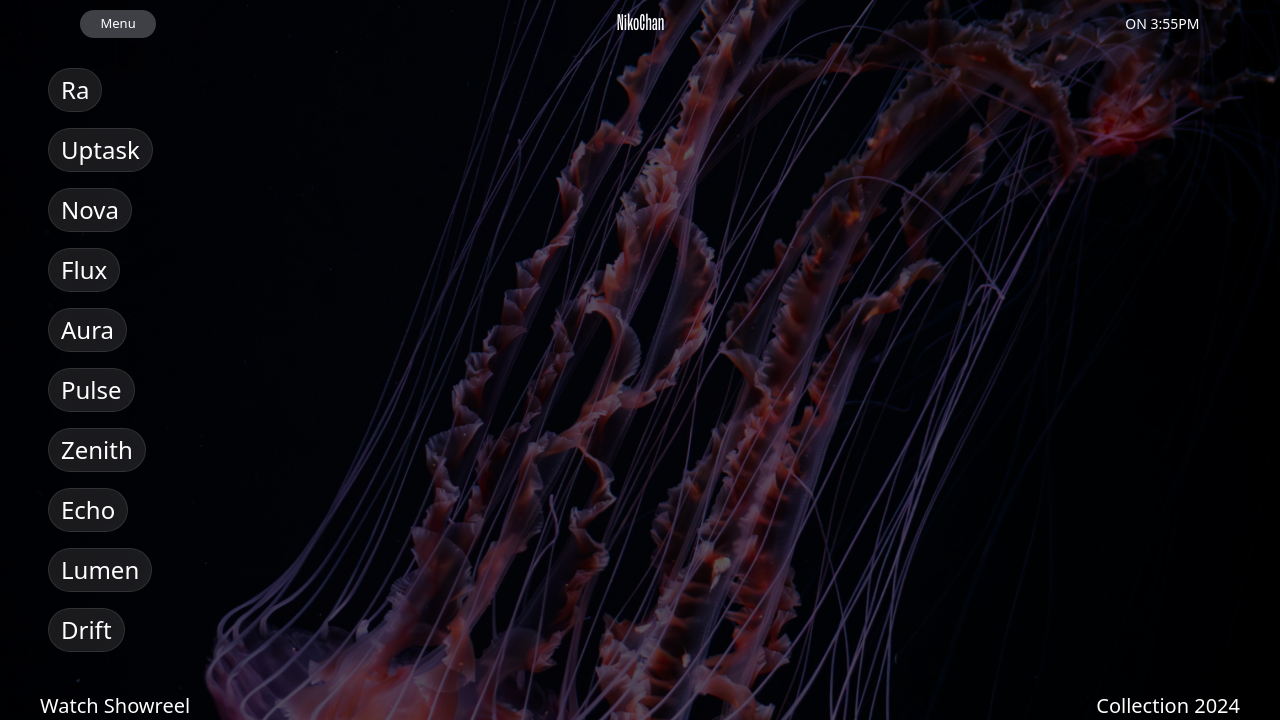
Repository: nikhilsinghrathore1/Niks_indian_local
Page: /
An editor plug-in stored every save of this project. The page is shown before and after a run of saves, followed by the edit.
The browser window is 1280 px wide. The pictures show the whole page.
The project was rebuilt for these pictures with package versions that can differ from the ones it lists, and the page was loaded fresh each time. Also part of the build but not shown: vite.config.ts.

Above is the page before, as saved 2024-08-27 10:54:33.

### src/App.tsx
import { useState } from 'react'
import reactLogo from './assets/react.svg'
import viteLogo from '/vite.svg'
import './App.css'
import Landing from './Components/Landing'

function App() {
  const [count, setCount] = useState(0)

  return (
    <>

      <Landing/>
    </>
  )
}

export default App

### src/App.css
@font-face {
               font-family:font1 ;
               src: url("./assets/Fontspring-DEMO-rocgroteskcomp-regular.otf");
}

.f1{
               font-family: font1;
}

.item>p{
               padding: 6px 12px;

               font-weight: lighter;
               background-color: rgba(255, 255, 255, 0.1);
               border-radius: 40px;
               border: 1px solid rgba(255, 255, 255, 0.1);
               backdrop-filter: blur(20px);
               transition: 0.3s;
}

.item>p:hover{
               background: none;
               border: 1px solid rgba(255, 255, 255, 0.25);
}

.preview{
               position: fixed ;
               width: 100% ;
               height: 100% ;
               color: #fff;
               z-index: 1;
}

.preview-bg{
               position: absolute;
               width: 100%;
               pointer-events: none;
               height: 100%;
               opacity: 0.35;
}

.preview-title h1{
               font-weight:  lighter;
               font-size: 80px;
}

.preview p , .preview-description p{
               font-size: 14px;
               line-height: 120%;
}

.preview-varient-1 .preview-img{
               position: absolute;
               bottom: 0;
               right: 0;
               margin: 2em;
               width: 300px;
               height: 400px;
               clip-path: polygon(0% 100%, 100%, 100% , 100% 100% , 0% 100%);

}

.preview-varient-1 .preview-title{
               position: absolute;
               top: 35%;
               left: 25%;
}
.preview-varient-1 .preview-tags{
               position: absolute;
               top: 35%;
               left: 40%;
}

.preview-varient-1 .preview-description{
               width: 250px;
               position: absolute;
               top: 25%;
               right: 25%;
}
.preview-varient-3 .preview-img{
               position: absolute;
               bottom: 10%;
               left: 15%;
               margin: 2em;
               width: 300px;
               height: 400px;
               clip-path: polygon(0% 0%, 0%, 0% , 0% 100% , 0% 100%);

}

.preview-varient-3 .preview-title{
               position: absolute;
               bottom: 40%;
               right: 15%;
}
.preview-varient-3 .preview-tags{
               position: absolute;
               bottom: 20%;
               right: 30%;
}

.preview-varient-3 .preview-description{
               width: 250px;
               position: absolute;
               left: 20%;
               top: 15%;
}
.preview-varient-2 .preview-img{
               position: absolute;
               top: 10%;
               right: 5%;
               margin: 2em;
               width: 300px;
               height: 400px;
               clip-path: polygon(100% 0%, 100%, 0% , 100% 100% , 100% 100%);

}

.preview-varient-2 .preview-title{
               position: absolute;
               bottom: 30%;
               left: 50%;
}
.preview-varient-2 .preview-tags{
               position: absolute;
               top: 25%;
               left: 25%;
}

.preview-varient-3 .preview-description{
               width: 250px;
               position: absolute;
               right: 10%;
               bottom: 15%;
}

### src/Components/Landing.tsx
// Landing.tsx
import { useEffect, useRef } from 'react';
import gsap from 'gsap';
import img1 from '../assets/img1.jpg';
import img2 from '../assets/img2.jpg';
import img3 from '../assets/img3.jpg';
import img4 from '../assets/img4.jpg';
import img5 from '../assets/img5.jpg';
import img6 from '../assets/img6.jpg';
import img7 from '../assets/img7.jpg';
import img8 from '../assets/img8.jpg';
import img9 from '../assets/img9.jpg';
import img10 from '../assets/img10.jpg';
import defaultBg from '../assets/default-bg.jpg';

interface TransformProps {
  x?: number;
  y?: number;
  opacity?: number;
}

type VariantTransform = {
  [key: string]: {
    [elementClass: string]: TransformProps;
  };
};

const mapClasses = [
  'variant-1',
  'variant-2',
  'variant-3',
  'variant-1',
  'variant-2',
  'variant-3',
  'variant-1',
  'variant-2',
  'variant-3',
  'variant-1',
];

const previews = [
  {
    img: img1,
    title: 'Ra',
    tags: 'Futuristic Fashion, Minimal Design',
    description:
      'Exploring the intersection of minimalism and future fashion trends in web design.',
    bg: img1,
  },
  {
    img: img2,
    title: 'Uptask',
    tags: 'Fashion Innovation, Graphic Simplicity',
    description:
      'Innovative fashion web design with a core focus on simplicity and elegance.',
    bg: img2,
  },
  {
    img: img3,
    title: 'Nova',
    tags: 'Space Inspired, Modern Aesthetics',
    description:
      'A modern take on space-inspired designs blending technology and art.',
    bg: img3,
  },
  {
    img: img4,
    title: 'Flux',
    tags: 'Dynamic Layouts, Vibrant Colors',
    description:
      'Dynamic and colorful layouts that capture attention and engage users.',
    bg: img4,
  },
  {
    img: img5,
    title: 'Aura',
    tags: 'Serene Designs, Pastel Themes',
    description:
      'Creating calm and soothing user experiences through pastel-themed designs.',
    bg: img5,
  },
  {
    img: img6,
    title: 'Pulse',
    tags: 'Energetic Vibes, Bold Typography',
    description:
      'Harnessing energy and movement with bold typography and striking visuals.',
    bg: img6,
  },
  {
    img: img7,
    title: 'Zenith',
    tags: 'Peak Performance, Sleek Interfaces',
    description:
      'Designs focused on peak performance and sleek, intuitive interfaces.',
    bg: img7,
  },
  {
    img: img8,
    title: 'Echo',
    tags: 'Repetitive Patterns, Minimalist Touch',
    description:
      'Utilizing repetitive patterns to create harmony and balance in design.',
    bg: img8,
  },
  {
    img: img9,
    title: 'Lumen',
    tags: 'Light Themes, Clarity Focused',
    description:
      'Emphasizing clarity and readability through light-themed designs.',
    bg: img9,
  },
  {
    img: img10,
    title: 'Drift',
    tags: 'Fluid Movements, Abstract Forms',
    description:
      'Incorporating fluid movements and abstract forms for a unique user experience.',
    bg: img10,
  },
];

const Landing: React.FC = () => {
  const containerRef = useRef<HTMLDivElement>(null);
  const previewBgRef = useRef<HTMLDivElement>(null);
  const itemsRef = useRef<Array<HTMLDivElement | null>>([]);

  useEffect(() => {
    const defaultClipPath: { [key: string]: string } = {
      'variant-1': 'polygon(0% 100%, 100% 100%, 100% 100%, 0% 100%)',
      'variant-2': 'polygon(100% 0%, 100% 0%, 100% 100%, 100% 100%)',
      'variant-3': 'polygon(0% 0%, 0% 0%, 0% 100%, 0% 100%)',
    };

    const variantTransform: VariantTransform = {
      'variant-1': {
        title: { x: 75, opacity: 0 },
        tags: { y: -75, opacity: 0 },
        description: { x: -75, opacity: 0 },
      },
      'variant-2': {
        title: { x: -75, opacity: 0 },
        tags: { y: -75, opacity: 0 },
        description: { y: 75, opacity: 0 },
      },
      'variant-3': {
        title: { x: 75, opacity: 0 },
        tags: { y: 75, opacity: 0 },
        description: { x: 75, opacity: 0 },
      },
    };

    const getDefaultClipPath = (previewElement: HTMLDivElement): string => {
      for (const variant in defaultClipPath) {
        if (previewElement.classList.contains(variant)) {
          return defaultClipPath[variant];
        }
      }
      return 'polygon(100% 0%, 0% 0%, 0% 100%, 100% 100%)';
    };

    const applyVariantStyle = (
      previewElement: HTMLDivElement,
      reset: boolean = false
    ) => {
      const variant = mapClasses[Array.from(previewElement.classList).findIndex(cls => cls.startsWith('variant-'))];
      if (variant && variantTransform[variant]) {
        Object.entries(variantTransform[variant]).forEach(
          ([elementClass, transform]) => {
            const element = previewElement.querySelector(
              `.preview-${elementClass}`
            ) as HTMLElement;
            if (element) {
              gsap.set(element, reset ? transform : { x: 0, y: 0, opacity: 1 });
            }
          }
        );
      }
    };

    const changeBg = (newImgSrc: string) => {
      if (previewBgRef.current) {
        gsap.to(previewBgRef.current, {
          backgroundImage: `url(${newImgSrc})`,
          duration: 0.5,
          ease: 'power3.out',
        });
      }
    };

    // Create preview elements
    previews.forEach((preview, index) => {
      const previewElement = document.createElement('div');
      previewElement.className = `preview ${mapClasses[index]} preview-${index + 1}`;
      previewElement.style.opacity = '0';
      previewElement.style.position = 'absolute';
      previewElement.style.top = '50%';
      previewElement.style.left = '50%';
      previewElement.style.transform = 'translate(-50%, -50%)';
      previewElement.style.pointerEvents = 'none';
      previewElement.innerHTML = `
        <div class="preview-img">
          <img src="${preview.img}" alt="${preview.title}" />
        </div>
        <div class="preview-title">
          <h1>${preview.title}</h1>
        </div>
        <div class="preview-tags">
          <p>${preview.tags}</p>
        </div>
        <div class="preview-description">
          <p>${preview.description}</p>
        </div>
      `;
      if (containerRef.current) {
        containerRef.current.appendChild(previewElement);
        applyVariantStyle(previewElement, true);
      }
    });

    let activePreview: HTMLDivElement | null = null;

    itemsRef.current.forEach((item, index) => {
      if (item) {
        item.addEventListener('mouseenter', () => {
          const newBg = previews[index].bg;
          changeBg(newBg);

          const newActivePreview = containerRef.current?.querySelector(
            `.preview-${index + 1}`
          ) as HTMLDivElement;

          if (activePreview && activePreview !== newActivePreview) {
            gsap.to(activePreview, {
              opacity: 0,
              duration: 0.5,
              ease: 'power3.out',
              onComplete: () => applyVariantStyle(activePreview!, true),
            });
          }

          gsap.to(newActivePreview, {
            opacity: 1,
            duration: 0.5,
            ease: 'power3.out',
            onStart: () => applyVariantStyle(newActivePreview, false),
          });

          activePreview = newActivePreview;
        });

        item.addEventListener('mouseleave', () => {
          if (activePreview) {
            gsap.to(activePreview, {
              opacity: 0,
              duration: 0.5,
              ease: 'power3.out',
              onComplete: () => applyVariantStyle(activePreview!, true),
            });
            activePreview = null;
            changeBg(defaultBg);
          }
        });
      }
    });

    // Set initial background
    changeBg(defaultBg);
  }, []);

  return (
    <div className='w-full h-screen overflow-hidden fixed text-white bg-black'>
      {/* Nav Bar */}
      <nav className='w-full fixed flex pt-2 items-center justify-around gap-[300px]  z-50'>
        <div className='menu-btn w-fit bg-zinc-700 rounded-full backdrop-blur-md px-5 py-1 cursor-pointer'>
          <h1 className='text-[13px]'>Menu</h1>
        </div>
        <div className='logo f1 text-2xl'>
          <h1>NikoChan</h1>
        </div>
        <div className='local-time text-sm'>
          <h1>ON 3:55PM</h1>
        </div>
      </nav>

      {/* Footer */}
      <div className='footer fixed px-10 bottom-0 text-xl flex items-center justify-between w-full z-50'>
        <p>Watch Showreel</p>
        <p>Collection 2024</p>
      </div>

      {/* Items List */}
      <div
        className='items fixed w-1/3 h-full flex flex-col px-12 text-2xl leading-tight capitalize justify-center z-30'
        >
        {previews.map((preview, index) => (
          <div
            key={index}
            className='item w-fit py-2 cursor-pointer'
            ref={(el) => (itemsRef.current[index] = el)}
          >
            <p>{preview.title}</p>
          </div>
        ))}
      </div>

      {/* Preview Background */}
      <div
        className='preview-bg fixed top-0 left-0 w-full h-full bg-cover bg-center z-10 transition-all duration-500 ease-out'
        ref={previewBgRef}
      ></div>

      {/* Preview Container */}
      <div
        className='preview-container fixed top-0 left-0 w-full h-full pointer-events-none z-20'
        ref={containerRef}
      ></div>
    </div>
  );
};

export default Landing;

Loaded but not shown: index.html (common file); src/main.tsx (common file); src/index.css (common file); tailwind.config.js (common file)

After the next 2 saves:
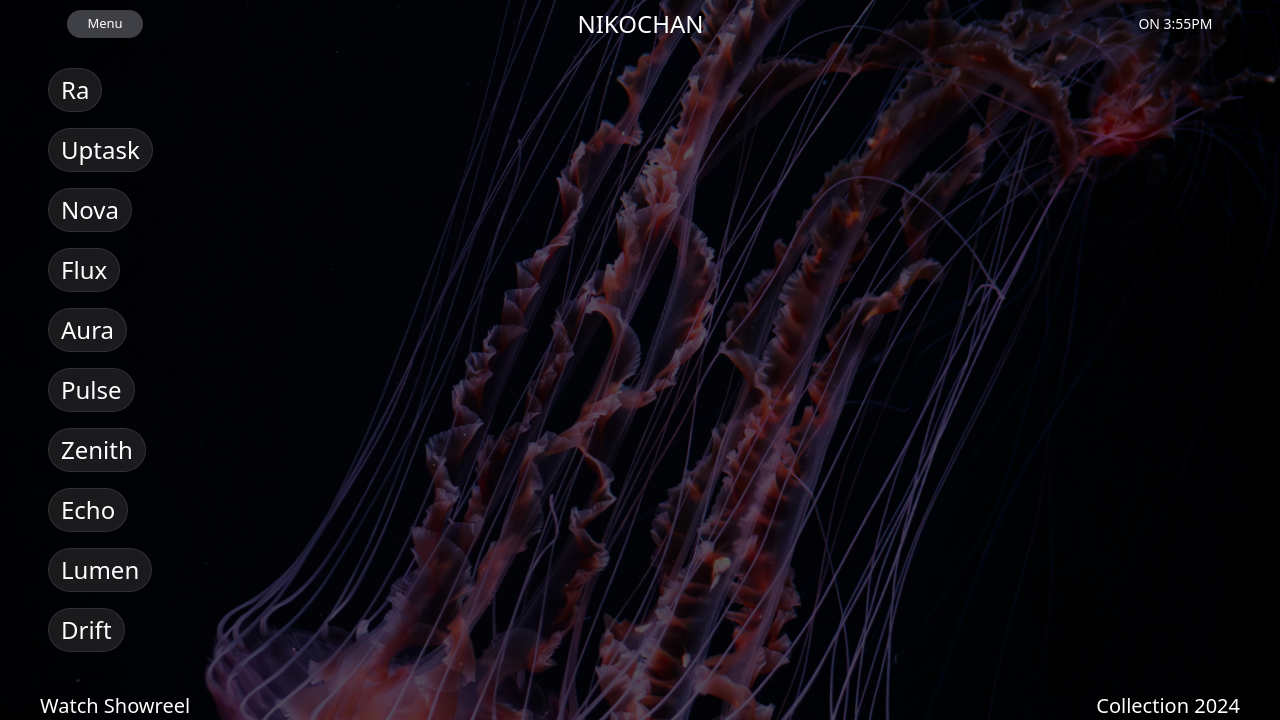
The 2 saves are shown as one change because they came seconds apart.
The last was saved 9 s later.
--- a/src/Components/Landing.tsx
+++ b/src/Components/Landing.tsx
@@ -276,7 +276,7 @@ const Landing: React.FC = () => {
         <div className='menu-btn w-fit bg-zinc-700 rounded-full backdrop-blur-md px-5 py-1 cursor-pointer'>
           <h1 className='text-[13px]'>Menu</h1>
         </div>
-        <div className='logo f1 text-2xl'>
+        <div className='logo uppercase text-2xl'>
           <h1>NikoChan</h1>
         </div>
         <div className='local-time text-sm'>
